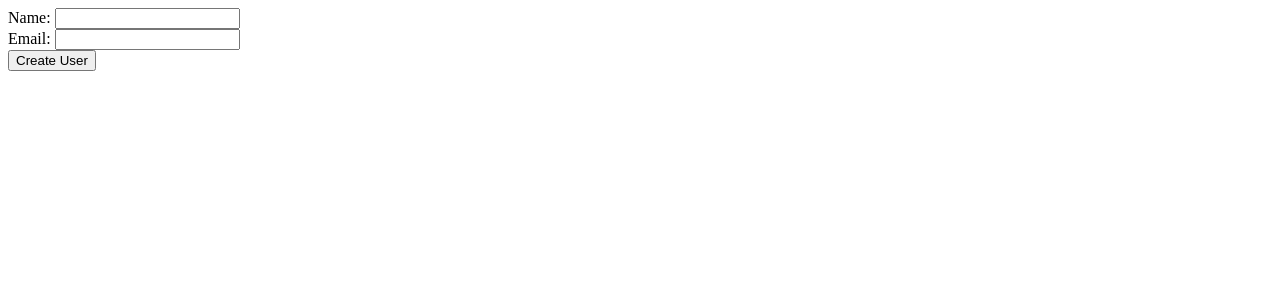
Repository: 2001Yogi/JavaWebAssignment
Page: http://localhost/JSPCRUD/add.jsp
An editor plug-in stored every save of this project. The page is shown before and after the next save, followed by the edit.
The browser window is 1280 px wide. The pictures show the whole page.
The page is served by Tomcat 9.

Above is the page before, as saved 2024-09-18 12:03:49.

### JSPCRUD/src/main/webapp/add.jsp
<%@page import="java.sql.PreparedStatement"%>
	<%@ include file="dbconnection.jsp" %>
<%@ page language="java" contentType="text/html; charset=ISO-8859-1"
    pageEncoding="ISO-8859-1"%>
<!DOCTYPE html>
<html>
<head>
<meta charset="ISO-8859-1">
<title>Insert title here</title>
</head>
<body>


<%
    String name = request.getParameter("name");
    String email = request.getParameter("email");

    if (name != null && email != null) {
        try {
            String query = "INSERT INTO record (name, email) VALUES (?, ?)";
            PreparedStatement pst = conn.prepareStatement(query);
            pst.setString(1, name);
            pst.setString(2, email);
            pst.executeUpdate();
            out.println("User created successfully!");

        } catch (Exception e) {
            e.printStackTrace();
        }
    }
%>

<form method="post">
    Name: <input type="text" name="name"><br>
    Email: <input type="text" name="email"><br>
    <input type="submit" value="Create User">
</form>
</body>
</html>

### JSPCRUD/src/main/webapp/dbconnection.jsp
<%@page import="java.sql.DriverManager"%>
<%@page import="java.sql.Connection"%>
<%@ page language="java" contentType="text/html; charset=ISO-8859-1"
    pageEncoding="ISO-8859-1"%>
<!DOCTYPE html>
<html>
<head>
<meta charset="ISO-8859-1">
<title>Insert title here</title>
</head>
<body>
<%
    String url = "jdbc:mysql://localhost:3306/usercrud";
    String username = "root";
    String password = "";  // Replace with your DB password
    Connection conn = null;

    try {
        Class.forName("com.mysql.jdbc.Driver");
        conn = DriverManager.getConnection(url, username, password);
    } catch (Exception e) {
        e.printStackTrace();
    }
%>
</body>
</html>

After the next save:
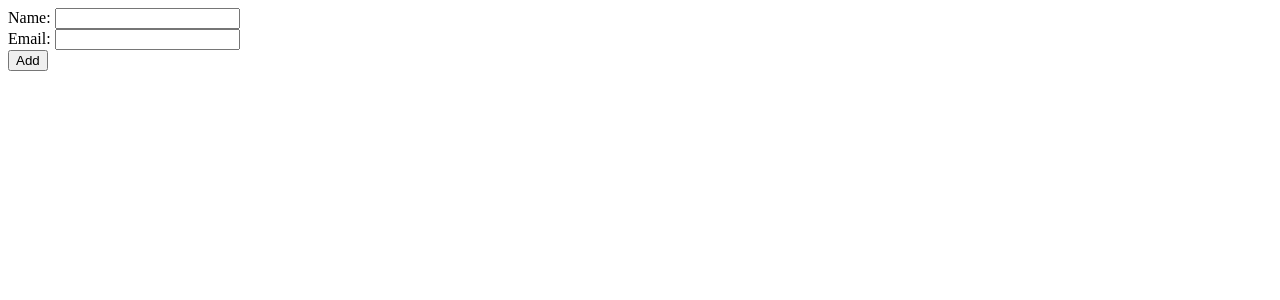
Saved 6 s later.
--- a/JSPCRUD/src/main/webapp/add.jsp
+++ b/JSPCRUD/src/main/webapp/add.jsp
@@ -33,7 +33,7 @@
 <form method="post">
     Name: <input type="text" name="name"><br>
     Email: <input type="text" name="email"><br>
-    <input type="submit" value="Create User">
+    <input type="submit" value="Add">
 </form>
 </body>
 </html>
